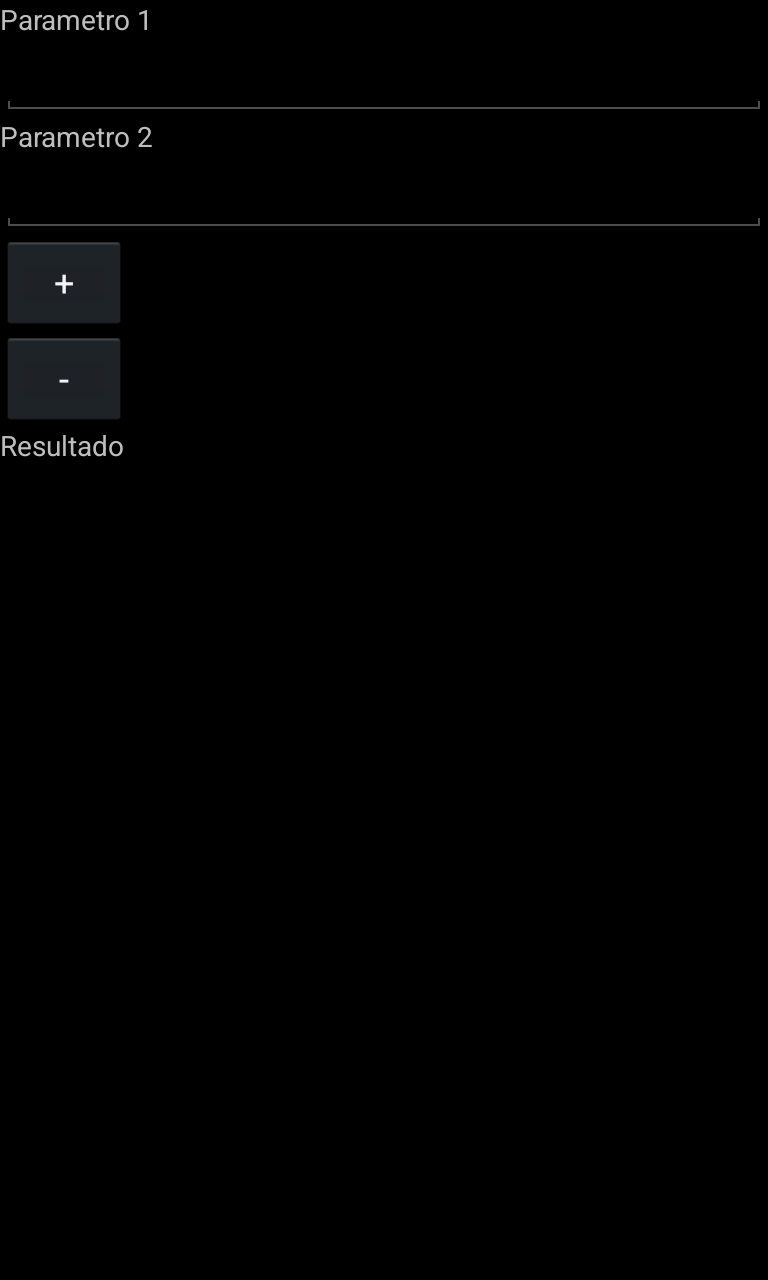
Repository: dorisserruto/un_exercises
Layout: javaandroid/Recursos/workspace-profe/lab11_activity/res/layout/main.xml
An editor plug-in stored every save of this project. The layout is shown before and after the next save, followed by the edit.
It is drawn on a 768 x 1280 px phone screen (xhdpi) without system bars, with theme android:Theme.Holo; the app's code is not run.

Above is the layout before, as saved 2012-06-24 01:09:37.

### javaandroid/Recursos/workspace-profe/lab11_activity/res/layout/main.xml
<?xml version="1.0" encoding="utf-8"?>
<LinearLayout xmlns:android="http://schemas.android.com/apk/res/android"
    android:layout_width="fill_parent"
    android:layout_height="fill_parent"
    android:orientation="vertical" >

    <TextView
        android:id="@+id/textView1"
        android:layout_width="wrap_content"
        android:layout_height="wrap_content"
        android:text="Parametro 1"
        android:textAppearance="?android:attr/textAppearanceSmall" />

    <EditText
        android:id="@+id/edtParametro1"
        android:layout_width="match_parent"
        android:layout_height="wrap_content"
        android:ems="10"
        android:inputType="number" />

    <TextView
        android:id="@+id/textView2"
        android:layout_width="wrap_content"
        android:layout_height="wrap_content"
        android:text="Parametro 2"
        android:textAppearance="?android:attr/textAppearanceSmall" />

    <EditText
        android:id="@+id/edtParametro2"
        android:layout_width="match_parent"
        android:layout_height="wrap_content"
        android:ems="10"
        android:inputType="number" />

    <Button
        android:id="@+id/btnMas"
        android:layout_width="wrap_content"
        android:layout_height="wrap_content"
        android:text="+" />

    <Button
        android:id="@+id/btnMenos"
        android:layout_width="wrap_content"
        android:layout_height="wrap_content"
        android:text="-" />

    <TextView
        android:id="@+id/textView3"
        android:layout_width="wrap_content"
        android:layout_height="wrap_content"
        android:text="Resultado"
        android:textAppearance="?android:attr/textAppearanceSmall" />

    <TextView
        android:id="@+id/tvResultado"
        android:layout_width="fill_parent"
        android:layout_height="wrap_content"
        android:text="" />

</LinearLayout>

After the next save:
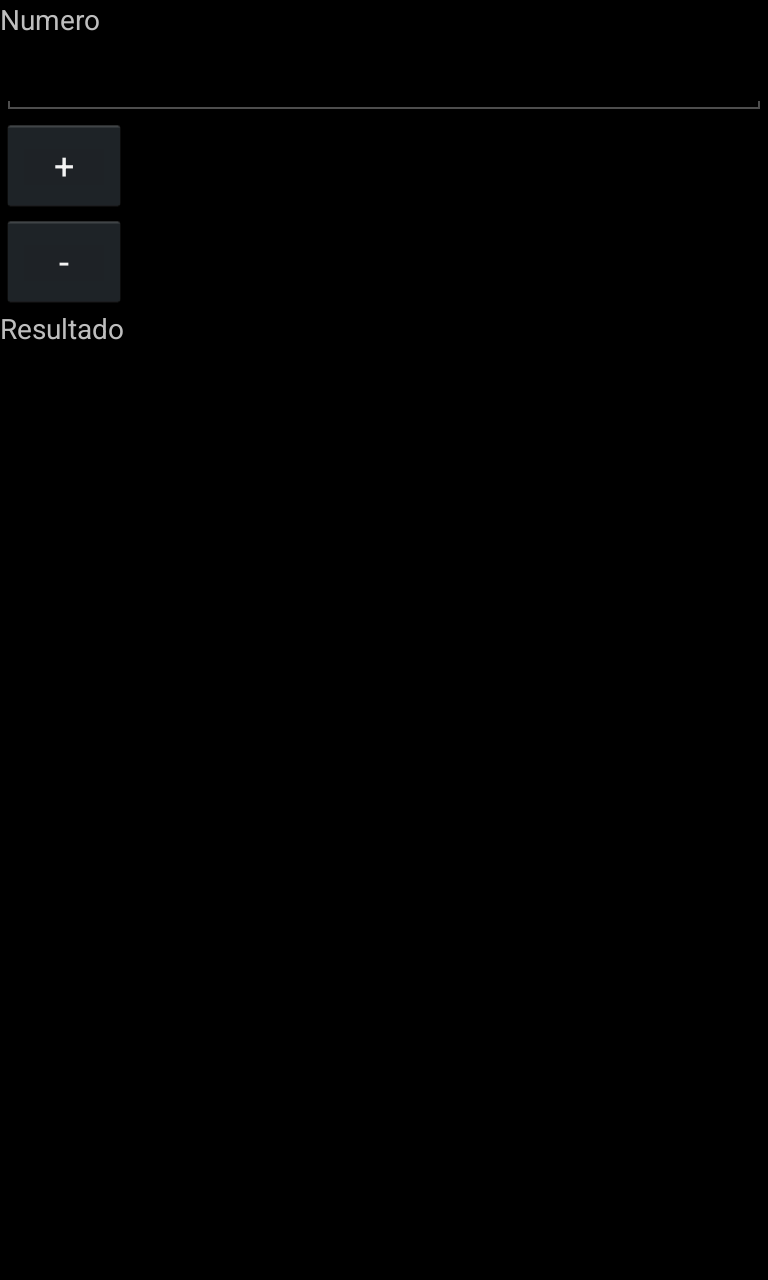
Saved 62 s later.
--- a/javaandroid/Recursos/workspace-profe/lab11_activity/res/layout/main.xml
+++ b/javaandroid/Recursos/workspace-profe/lab11_activity/res/layout/main.xml
@@ -8,25 +8,11 @@
         android:id="@+id/textView1"
         android:layout_width="wrap_content"
         android:layout_height="wrap_content"
-        android:text="Parametro 1"
+        android:text="Numero"
         android:textAppearance="?android:attr/textAppearanceSmall" />
 
     <EditText
         android:id="@+id/edtParametro1"
-        android:layout_width="match_parent"
-        android:layout_height="wrap_content"
-        android:ems="10"
-        android:inputType="number" />
-
-    <TextView
-        android:id="@+id/textView2"
-        android:layout_width="wrap_content"
-        android:layout_height="wrap_content"
-        android:text="Parametro 2"
-        android:textAppearance="?android:attr/textAppearanceSmall" />
-
-    <EditText
-        android:id="@+id/edtParametro2"
         android:layout_width="match_parent"
         android:layout_height="wrap_content"
         android:ems="10"
